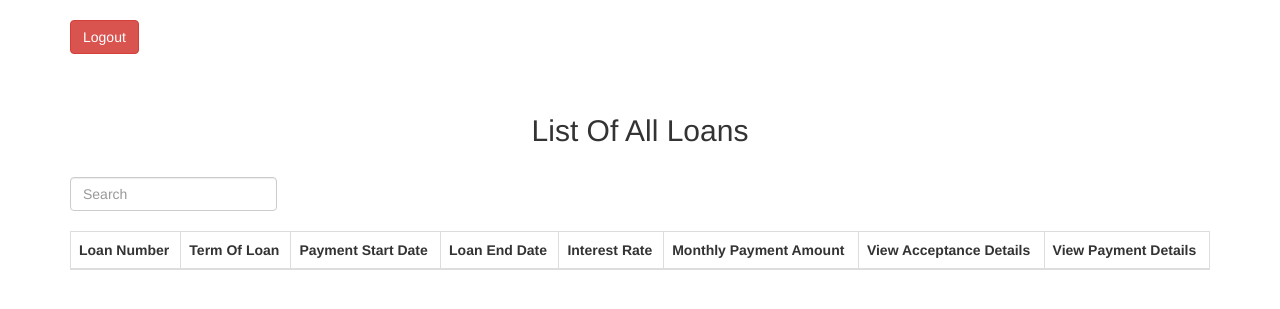
Repository: Bayvao/E-Loan-Project
Page: http://localhost/E-Loan-Project/WEB-INF/views/loan-list.jsp
These files come from the project's save history. The page is drawn as it stood at one moment and after the next save; the edit follows.
The browser window is 1280 px wide. The pictures show the whole page.
The page is served by Tomcat 9. Nobody is signed in. Other server files are loaded and not shown. The template is opened directly, without the code that normally fills it, so the values that code supplies are empty.

Above is the page before, as saved 2020-07-25 12:51:21.

### E-Loan-Project/src/main/webapp/WEB-INF/views/loan-list.jsp
<%@ taglib prefix="form" uri="http://www.springframework.org/tags/form"%>
<%@ taglib prefix="security"
	uri="http://www.springframework.org/security/tags"%>
<%@ taglib prefix="c" uri="http://java.sun.com/jsp/jstl/core"%>

<!DOCTYPE html>
<html lang="en">
<head>
<title>Loan List</title>

<meta charset="utf-8">
<meta name="viewport" content="width=device-width, initial-scale=1">
<link rel="stylesheet"
	href="https://maxcdn.bootstrapcdn.com/bootstrap/3.4.1/css/bootstrap.min.css">
<script
	src="https://ajax.googleapis.com/ajax/libs/jquery/3.5.1/jquery.min.js"></script>
<script
	src="https://maxcdn.bootstrapcdn.com/bootstrap/3.4.1/js/bootstrap.min.js"></script>


<style>
caption {
	text-align: center;
}

h2 {
	text-align: center;
}
</style>
</head>
<body>

	<div class="container">
		<br />

		<!-- Add a logout button -->
		<form:form action="${pageContext.request.contextPath}/logout"
			method="POST">

			<input type="submit" class="btn btn-danger" value="Logout" />

		</form:form>


		<br />
		<!-- display user name and role -->

		<p>

			<security:authorize access="isAuthenticated()">
        User: <security:authentication property="principal.username" />
        | Role: <security:authentication
					property="principal.authorities" />
			</security:authorize>

			<br />
		<div>
			<h2>List Of All Loans</h2>
		</div>
		<br />

		<form:form action="${pageContext.request.contextPath}/searchLoan"
			method="POST" class="form-inline">
			<i class="fas fa-search" aria-hidden="true"></i> <input
				class="form-control form-control-sm ml-3 w-75" type="text"
				placeholder="Search" aria-label="Search">
		</form:form>
		<br>

		<table class="table table-bordered table-hover">
			<thead>
				<tr>
					<th scope="col">Loan Number</th>
					<th scope="col">Term Of Loan</th>
					<th scope="col">Payment Start Date</th>
					<th scope="col">Loan End Date</th>
					<th scope="col">Interest Rate</th>
					<th scope="col">Monthly Payment Amount</th>
					<th scope="col">View Acceptance Details</th>
					<th scope="col">View Payment Details</th>

				</tr>
			</thead>
			<tbody>
				<c:forEach items="${listLoan}" var="loan">
					<tr>
						<td scope="row">${loan.loanNumber}</td>
						<td>${loan.termOfLoan}</td>
						<td>${loan.repaymentStartDate}</td>
						<td>${loan.loanClosureDate}</td>
						<td>${loan.interestRate}</td>
						<td>${loan.monthlyPaymentAmount}</td>
						<td><a
							href="${pageContext.request.contextPath}/manager/detailView?id=${loan.loanNumber}">View
								Details</a></td>
						<td><a
							href="${pageContext.request.contextPath}/manager/viewPaymentDetails?id=${loan.loanNumber}">View
								Details</a></td>
					</tr>
				</c:forEach>
			</tbody>
		</table>
	</div>
</body>
</html>

After the next save:
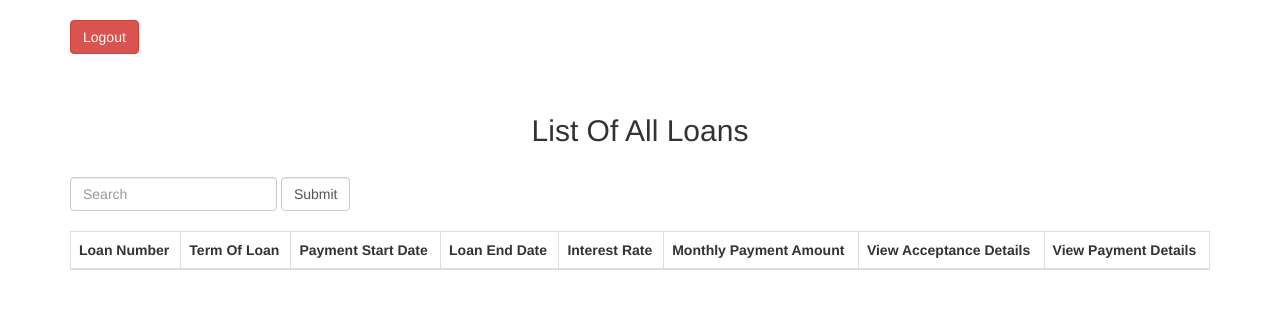
Saved 24 s later.
--- a/E-Loan-Project/src/main/webapp/WEB-INF/views/loan-list.jsp
+++ b/E-Loan-Project/src/main/webapp/WEB-INF/views/loan-list.jsp
@@ -64,6 +64,9 @@ h2 {
 			<i class="fas fa-search" aria-hidden="true"></i> <input
 				class="form-control form-control-sm ml-3 w-75" type="text"
 				placeholder="Search" aria-label="Search">
+				<input
+				class="form-control form-control-sm ml-3 w-75" type="submit"
+				placeholder="Search" aria-label="Search">
 		</form:form>
 		<br>
 
